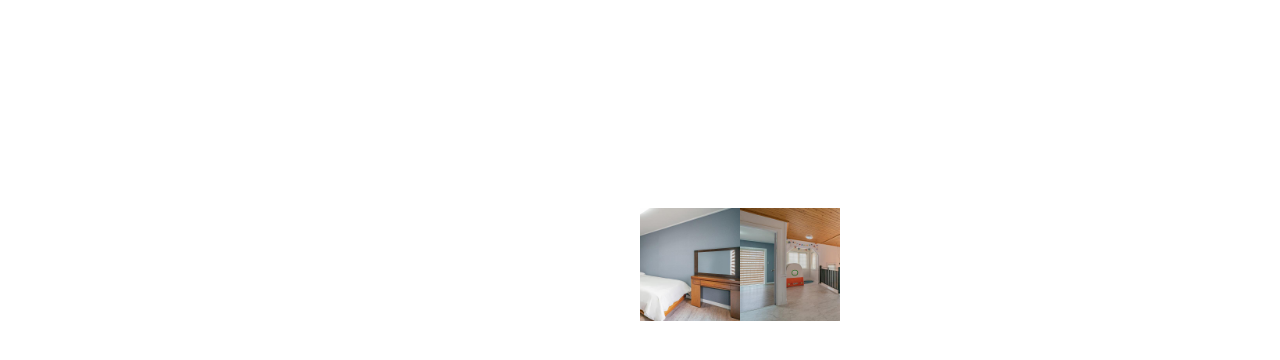
Repository: balsohn/adminshop
Page: http://localhost/jquery/0805/slide.jsp
An editor plug-in stored every save of this project. The page is shown before and after the next save, followed by the edit.
The browser window is 1280 px wide. The pictures show the whole page.
The page is served by Tomcat 9.

Above is the page before, as saved 2024-08-23 03:59:57.

### work/jquery/src/main/webapp/0805/slide.jsp
<%@ page language="java" contentType="text/html; charset=UTF-8"
    pageEncoding="UTF-8"%>
<!DOCTYPE html>
<html>
<head>
<meta charset="UTF-8">
<title>Looping Sequential Image Scroll</title>
<script src="https://code.jquery.com/jquery-latest.js"></script>
<script>
	$(function() {
		function animateImages() {
			$('img').each(function(index) {
				const totalWidth = $('section').width(); // 섹션의 전체 너비 계산
				const imgWidth = $(this).width(); // 각 이미지의 너비 계산

				$(this).css('marginLeft', -imgWidth + 'px'); // 초기 위치를 섹션 밖 왼쪽으로 설정

				$(this).delay(1000 * index).animate({
					marginLeft: totalWidth + 'px' // 오른쪽으로 섹션 밖까지 이동
				}, 3000, function() {
					if (index === $('img').length - 1) {
						setTimeout(function() {
							animateImages(); // 마지막 이미지가 이동을 완료한 후, 다시 처음부터 애니메이션 시작
						}, 1000);
					}
				});
			});
		}

		animateImages(); // 애니메이션 시작
	});
</script>
<style>
	section {
		position: relative;
		left: 50%;
		top: 200px;
		width: 200px;
		height: 113px;
		overflow: hidden;
		display: flex;
	}
	img {
		width: 200px;
		height: auto;
		margin-left: 0; /* 초기 margin-left 설정 */
		position: absolute; /* 이미지를 절대 위치로 설정하여 이동 제어 */
	}
</style>
</head>
<body>
	<section>
		<img src="1-1.jpg">
		<img src="1-2.jpg">
		<img src="1-3.jpg">
		<img src="1-4.jpg">
		<img src="1-5.jpg">
		<img src="1-6.jpg">
		<img src="1-7.jpg">
	</section>
</body>
</html>

After the next save:
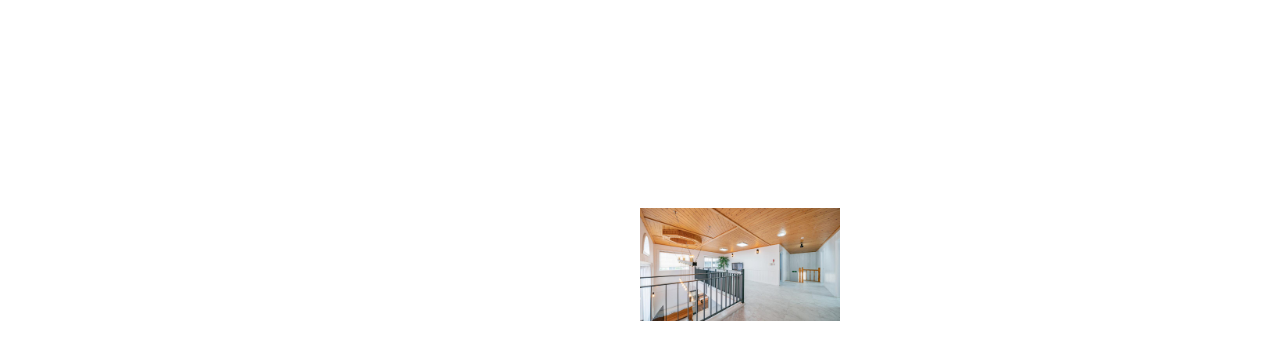
Saved 51 s later.
--- a/work/jquery/src/main/webapp/0805/slide.jsp
+++ b/work/jquery/src/main/webapp/0805/slide.jsp
@@ -4,48 +4,18 @@
 <html>
 <head>
 <meta charset="UTF-8">
-<title>Looping Sequential Image Scroll</title>
+<title>Insert title here</title>
 <script src="https://code.jquery.com/jquery-latest.js"></script>
 <script>
 	$(function() {
-		function animateImages() {
-			$('img').each(function(index) {
-				const totalWidth = $('section').width(); // 섹션의 전체 너비 계산
-				const imgWidth = $(this).width(); // 각 이미지의 너비 계산
-
-				$(this).css('marginLeft', -imgWidth + 'px'); // 초기 위치를 섹션 밖 왼쪽으로 설정
-
-				$(this).delay(1000 * index).animate({
-					marginLeft: totalWidth + 'px' // 오른쪽으로 섹션 밖까지 이동
-				}, 3000, function() {
-					if (index === $('img').length - 1) {
-						setTimeout(function() {
-							animateImages(); // 마지막 이미지가 이동을 완료한 후, 다시 처음부터 애니메이션 시작
-						}, 1000);
-					}
-				});
-			});
-		}
-
-		animateImages(); // 애니메이션 시작
-	});
+		$('img').animate({
+			marginRight:"200px"
+		},1000)
+	})
 </script>
 <style>
-	section {
-		position: relative;
-		left: 50%;
-		top: 200px;
-		width: 200px;
-		height: 113px;
-		overflow: hidden;
-		display: flex;
-	}
-	img {
-		width: 200px;
-		height: auto;
-		margin-left: 0; /* 초기 margin-left 설정 */
-		position: absolute; /* 이미지를 절대 위치로 설정하여 이동 제어 */
-	}
+	section {position:relative; left:50%; top:200px; width:200px; height:113px; overflow: hidden; display:flex;}
+	img {width:200px; height: auto;}
 </style>
 </head>
 <body>
